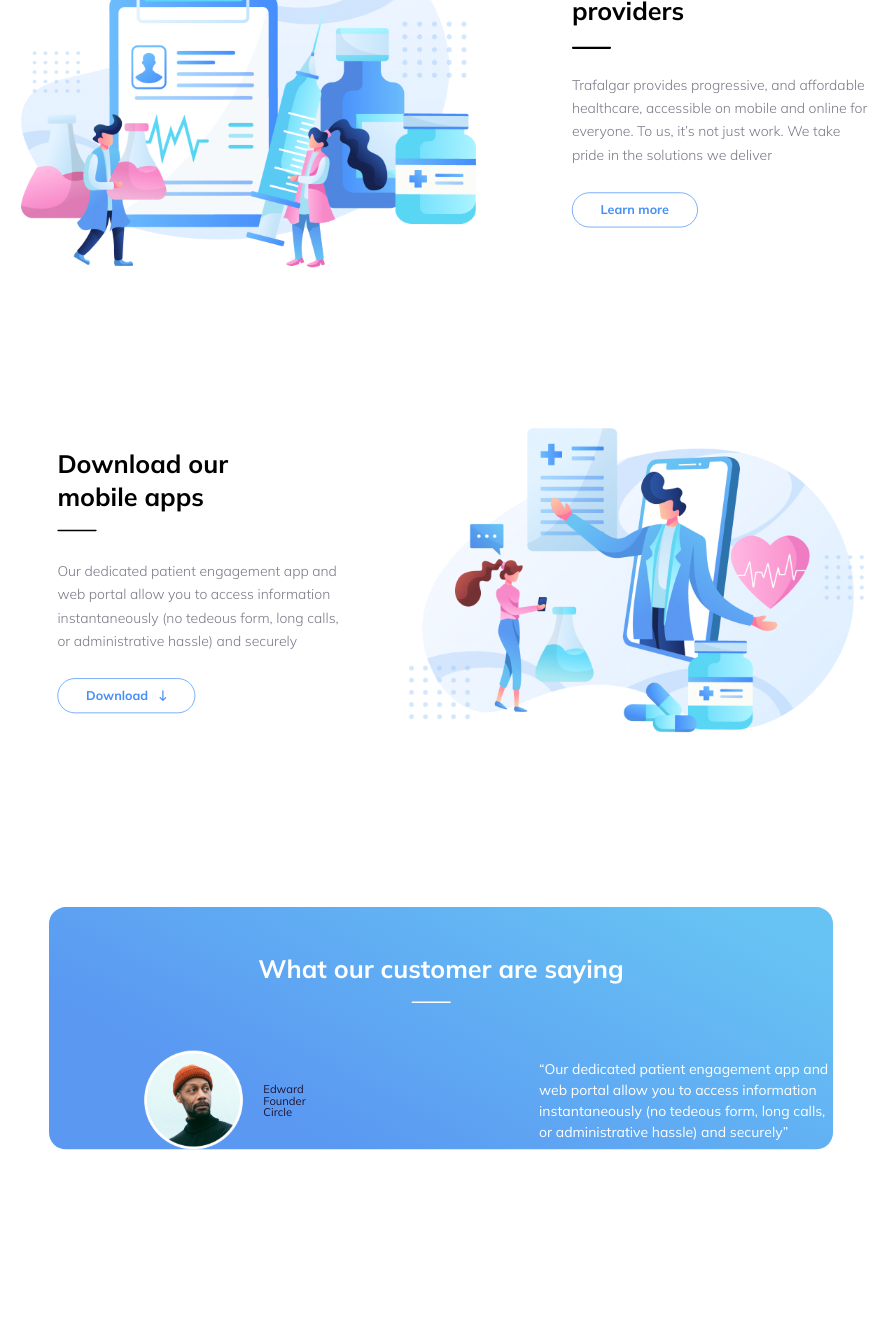
Repository: tungcutte35/Trafalgar
Page: index.html
An editor plug-in stored every save of this project. The page is shown before and after the next save, followed by the edit.
The browser window is 1280 px wide. The pictures show the part of the page from y = 2447 to 4367 px (the page is 4367 px tall), at 70% of full size.
The style sheet was rebuilt from its Sass, Less or Tailwind sources for each picture, by a compiler version that may differ from the author's.

Above is the page before, as saved 2021-10-18 00:43:33.

After the next save:
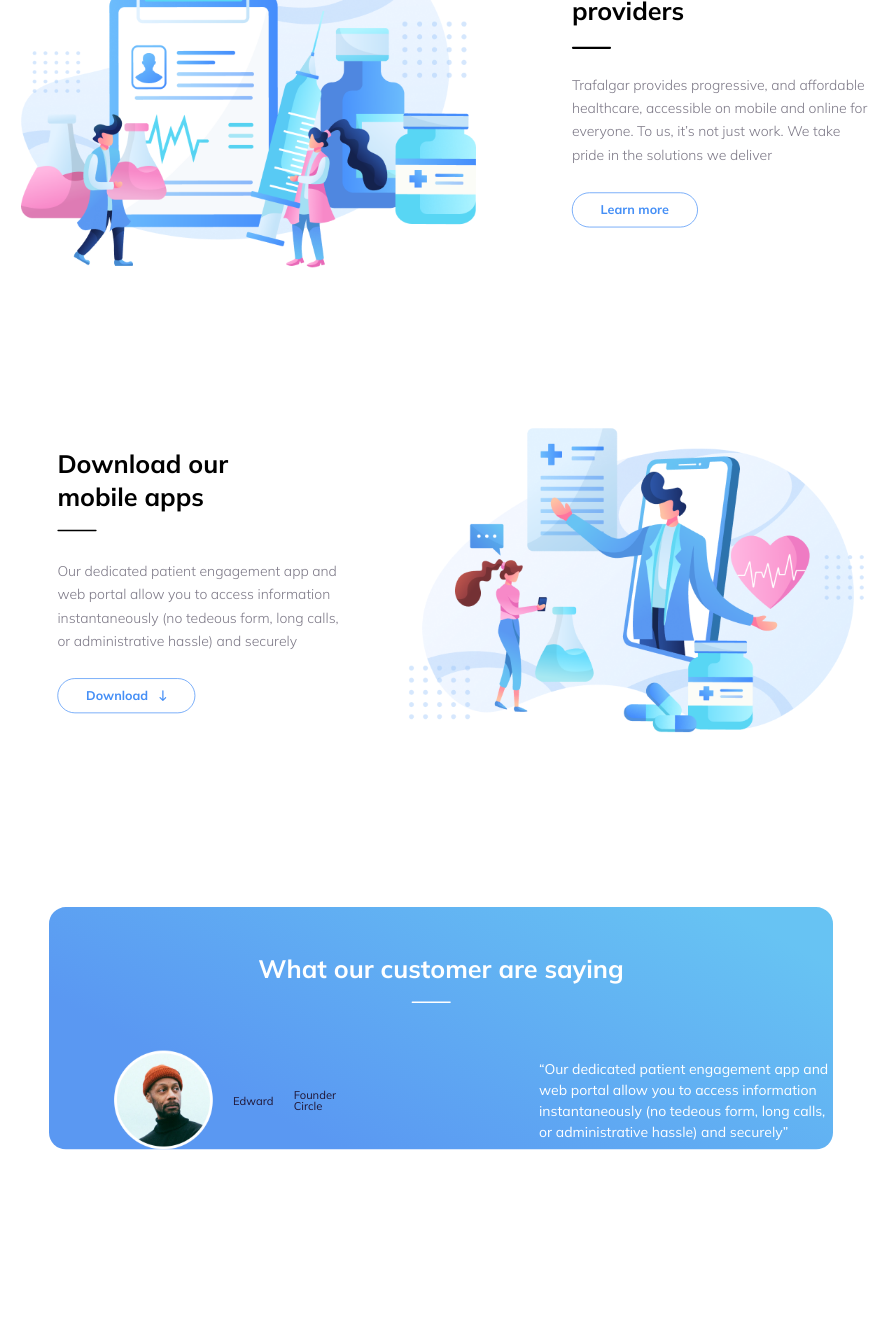
Saved 55 s later.
--- a/index.html
+++ b/index.html
@@ -163,10 +163,8 @@
           <div class="customer-seconds">
             <div class="customer-name">
               <img class="customer-img" srcset="./Images/avt.png 2x" alt="">
-              <span>
-                Edward
-                Founder Circle
-              </span>
+              <span>Edward</span>
+              <span>Founder Circle</span>
             </div>
             <div class="customer-contents">
               <p class="customer-content">

After the 4 saves that followed:
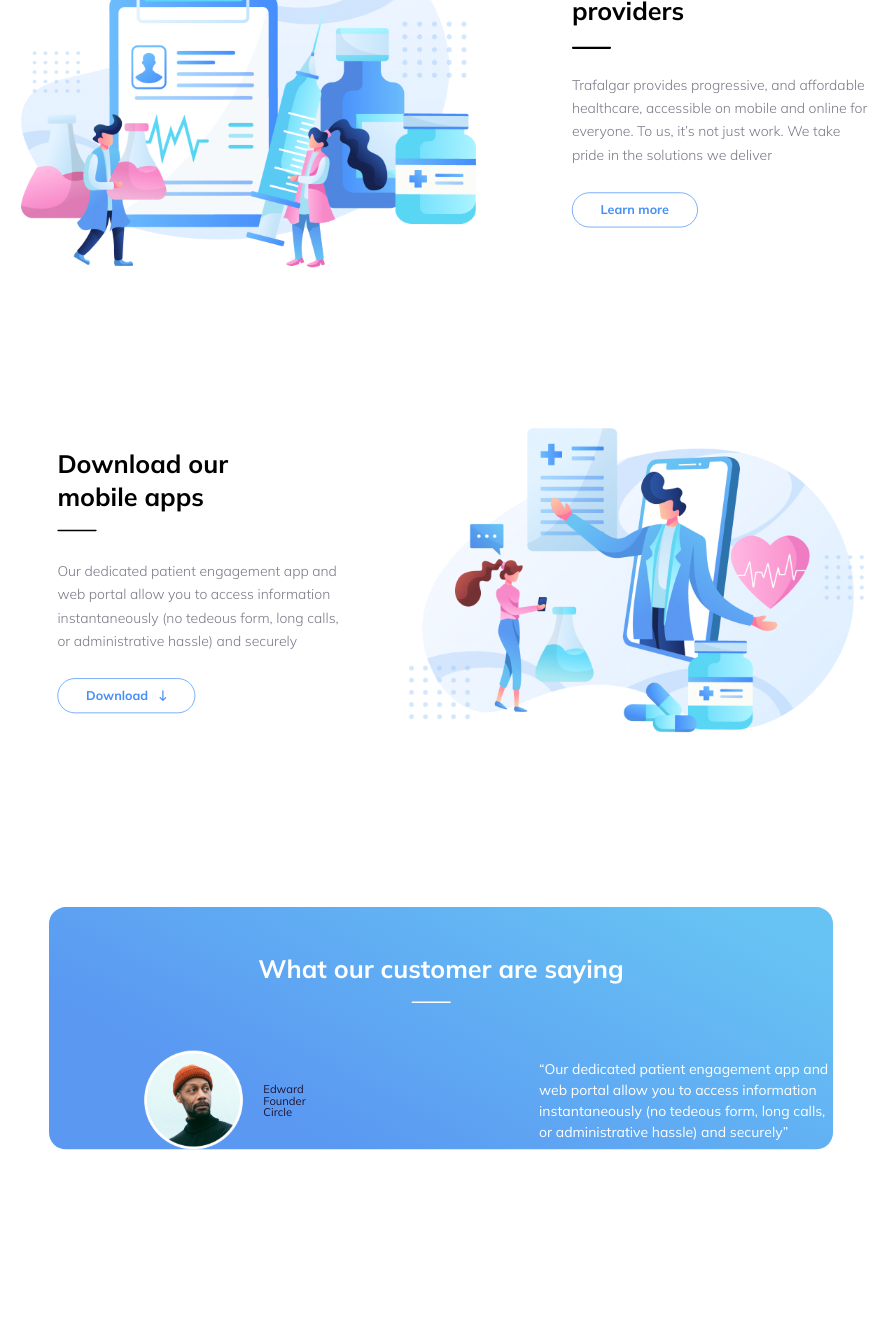
The 4 saves are shown as one change because 2 left the picture as it was and some came seconds apart.
The last was saved 38 s later.
--- a/index.html
+++ b/index.html
@@ -163,8 +163,8 @@
           <div class="customer-seconds">
             <div class="customer-name">
               <img class="customer-img" srcset="./Images/avt.png 2x" alt="">
-              <span>Edward</span>
-              <span>Founder Circle</span>
+              Edward
+              Founder Circle
             </div>
             <div class="customer-contents">
               <p class="customer-content">
